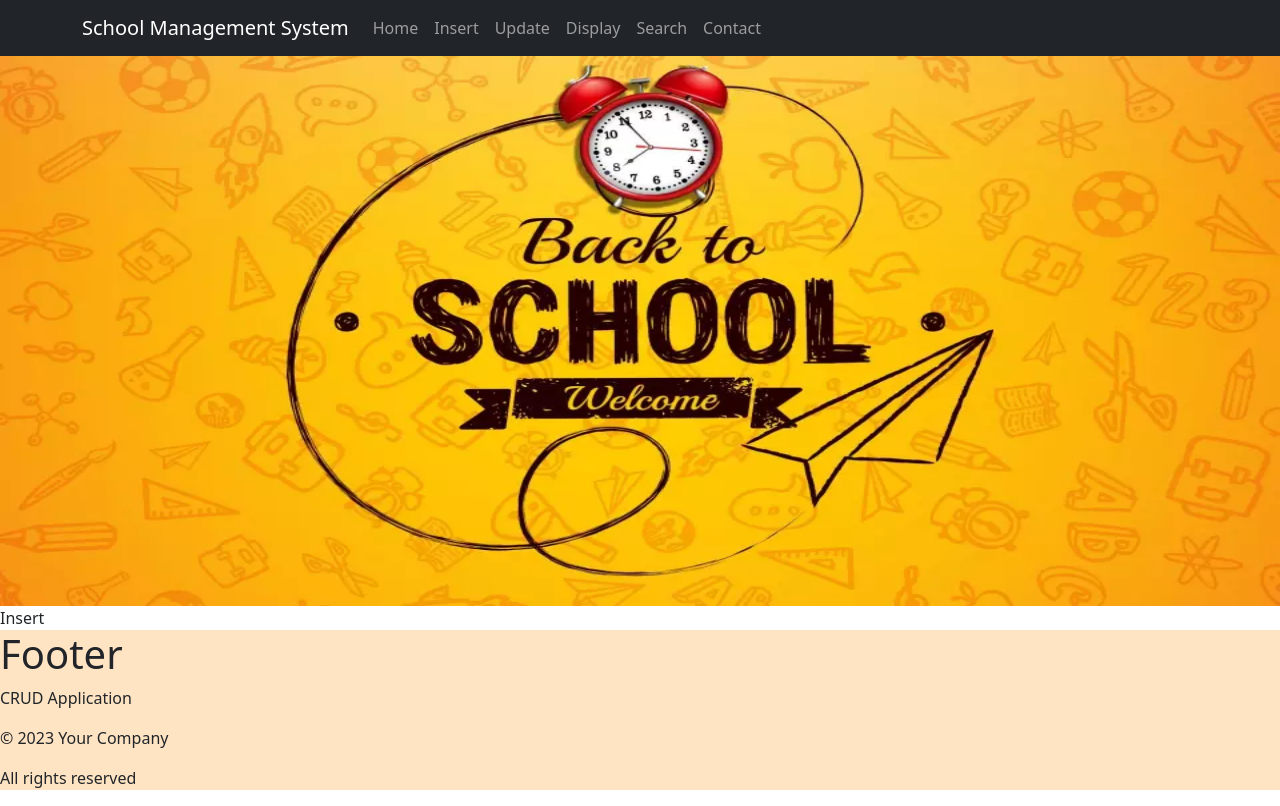
Repository: ankitgujre01/React-day-12
Page: /insert (app in crud/)
The author's editor kept a copy of each file at every save. The page is drawn from the files as they stood at one save, then again after a run of saves.
The browser window is 1280 px wide. The pictures show the whole page.
The project was rebuilt for these pictures with package versions that can differ from the ones it lists, and the page was loaded fresh each time. Also part of the build but not shown: crud/vite.config.js, crud/src/pages/Home.jsx, crud/src/pages/Display.jsx, crud/src/pages/Search.jsx, crud/src/pages/Contact.jsx. Imported but missing from the stored project, and not drawn on this page: crud/src/pages/Update.

Above is the page before, as saved 2025-04-11 23:31:35.

### crud/src/main.jsx
import { StrictMode } from 'react'
import { createRoot } from 'react-dom/client'
// import './index.css'
import App from './App.jsx'
import './css/style.css'
import 'bootstrap/dist/css/bootstrap.min.css';

createRoot(document.getElementById('root')).render(
  <StrictMode>
    <App />
  </StrictMode>,
)

### crud/src/App.jsx
import {BrowserRouter, Routes, Route} from 'react-router-dom';
import Layout from './Layout';
import Home from './pages/Home';
import Insert from './pages/Insert';
import Update from './pages/Update';
import Display from './pages/Display';
import Search from './pages/Search';
import Contact from './pages/Contact';

const App = () => {
  return (
    <>
      <BrowserRouter>
        <Routes>
          <Route path="/" element={<Layout />}>
            <Route index element={<Home />} />
            <Route path="home" element={<Home />} />
            <Route path="insert" element={ <Insert/>}/>
            <Route path='update' element={<Update />} />
            <Route path='display' element={<Display />} />
            <Route path='search' element={<Search />} />
            <Route path='contact' element={<Contact />} />

          </Route>
        </Routes>
      </BrowserRouter>
    </>
  )
}

export default App;

### crud/src/css/style.css
#footer{
    background-color: bisque;
}

### crud/src/Layout.jsx
import { Outlet } from "react-router-dom";
import TopNav from "./components/TopNav";
import TopBanner from "./components/TopBanner";
import Footer from "./components/Footer";
const Layout = () => {
  return (
      <>
          <TopNav />
          <TopBanner/>
          <Outlet />
          <Footer/>
      </>
  )
}

export default Layout;

### crud/src/pages/Insert.jsx
import React from 'react'

const Insert = () => {
  return (
    <div>Insert</div>
  )
}

export default Insert;

### crud/src/components/TopNav.jsx
import Container from 'react-bootstrap/Container';
import Nav from 'react-bootstrap/Nav';
import Navbar from 'react-bootstrap/Navbar';
import { Link } from 'react-router-dom';

const TopNav = () => {
  return (
      <>
        <Navbar bg="dark" data-bs-theme="dark">
        <Container>
          <Navbar.Brand href="#home">School Management System</Navbar.Brand>
          <Nav className="me-auto">
            <Nav.Link as={Link} to="/home">Home</Nav.Link>
            <Nav.Link as={Link} to="/insert">Insert</Nav.Link>
            <Nav.Link as={Link} to="/update">Update</Nav.Link>
            <Nav.Link as={Link} to="/display">Display</Nav.Link>
            <Nav.Link as={Link} to="/search">Search</Nav.Link>
            <Nav.Link as={Link} to="/contact">Contact</Nav.Link>
          </Nav>
        </Container>
      </Navbar>
      </>
  )
}

export default TopNav;

### crud/src/components/TopBanner.jsx
import myimg from '../images/banner.webp';

const TopBanner = () => {
  return (
      <>
          <div>
              <img src={myimg} alt="Banner" width='100%' height="550px"/>
              </div>
      </>
  )
}

export default TopBanner;

### crud/src/components/Footer.jsx
import React from 'react'

const Footer = () => {
  return (
      <>
          <div id='footer'>
          <h1>Footer</h1>
          <p>CRUD Application</p>
          <p>&copy; 2023 Your Company</p>
          <p>All rights reserved</p>
          </div>
      </>
  )
}

export default Footer;

Loaded but not shown: crud/index.html (common file)

After the next 3 saves:
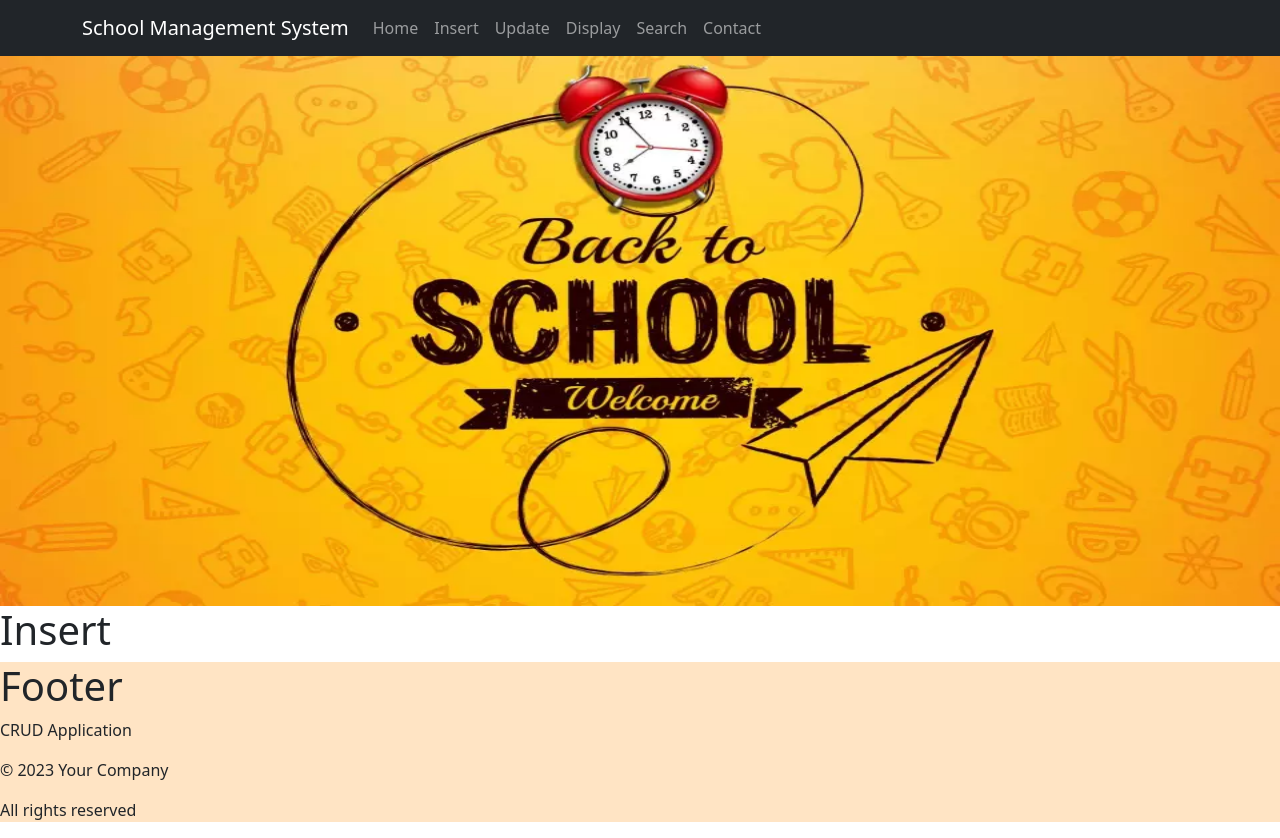
The 3 saves are shown as one change because they came seconds apart.
The last was saved 9 h 50 min later.
--- a/crud/src/pages/Insert.jsx
+++ b/crud/src/pages/Insert.jsx
@@ -2,7 +2,9 @@
 
 const Insert = () => {
   return (
-    <div>Insert</div>
+    <>
+      <h1>Insert</h1>
+    </>
   )
 }
 
